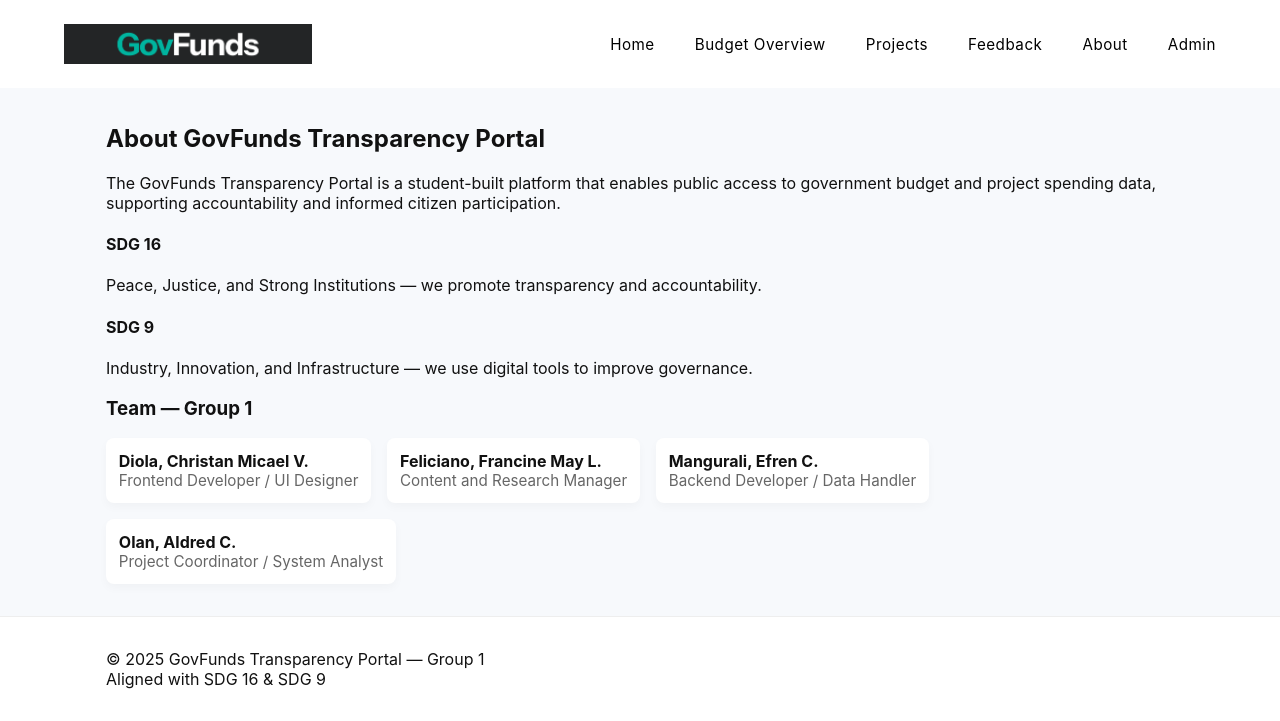
Repository: efren319/GovFunds
Page: http://localhost/about
These files come from the project's save history. The page is drawn as it stood at one moment and after the next save; the edit follows.
The browser window is 1280 px wide. The pictures show the whole page.
The page is served by the project's application, run on Flask 3 (app.py).

Above is the page before, as saved 2025-11-10 21:17:26.

After the next save:
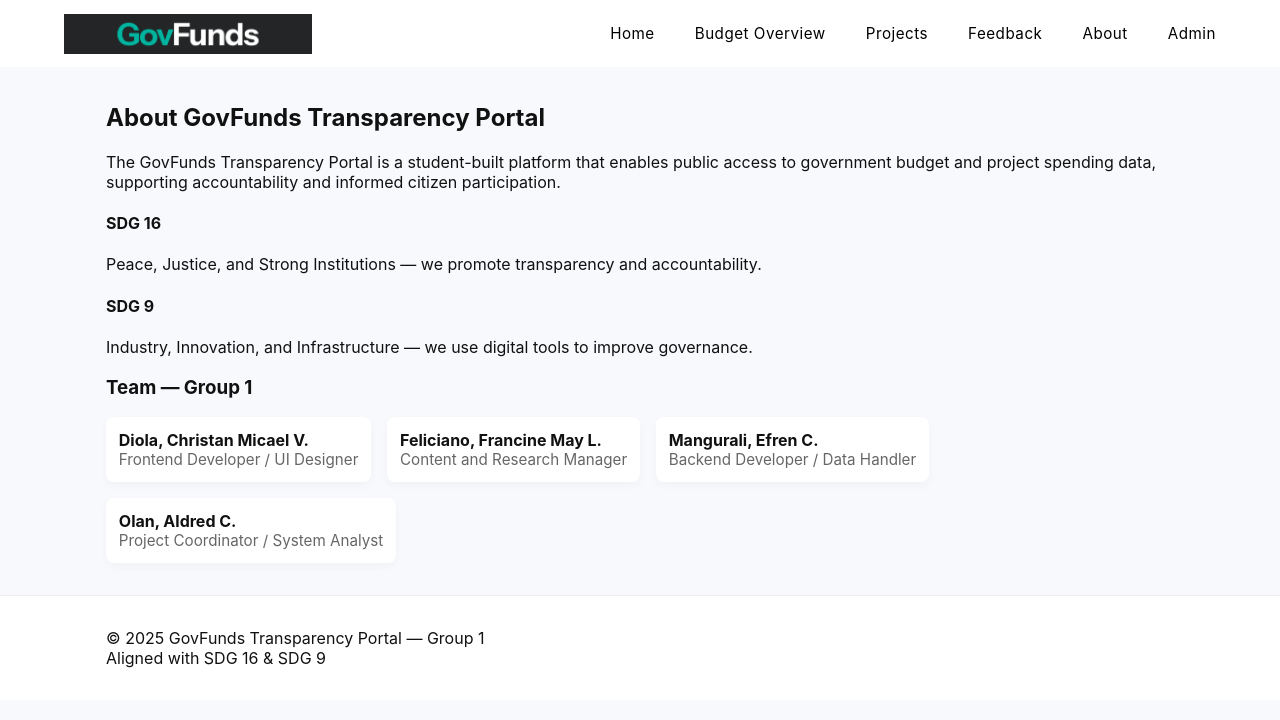
Saved 6 s later.
--- a/static/style.css
+++ b/static/style.css
@@ -52,19 +52,21 @@ body {
 .logo {
   flex-shrink: 0;
   display: flex;
-  align-items: center;
-  margin: 0 !important;
+  align-items: stretch;
+  margin: 0;
   background: #ffffff;
-  position: relative;
 }
 
 .logo a {
   text-decoration: none;
   display: flex;
   align-items: center;
-  height: 100%;
-  padding: 24px 64px;
-  margin: 0;
+  padding: 0 64px;
+  margin: 0;
+}
+
+.logo img {
+  height: 40px;
 }
 
 .nav-inner {
